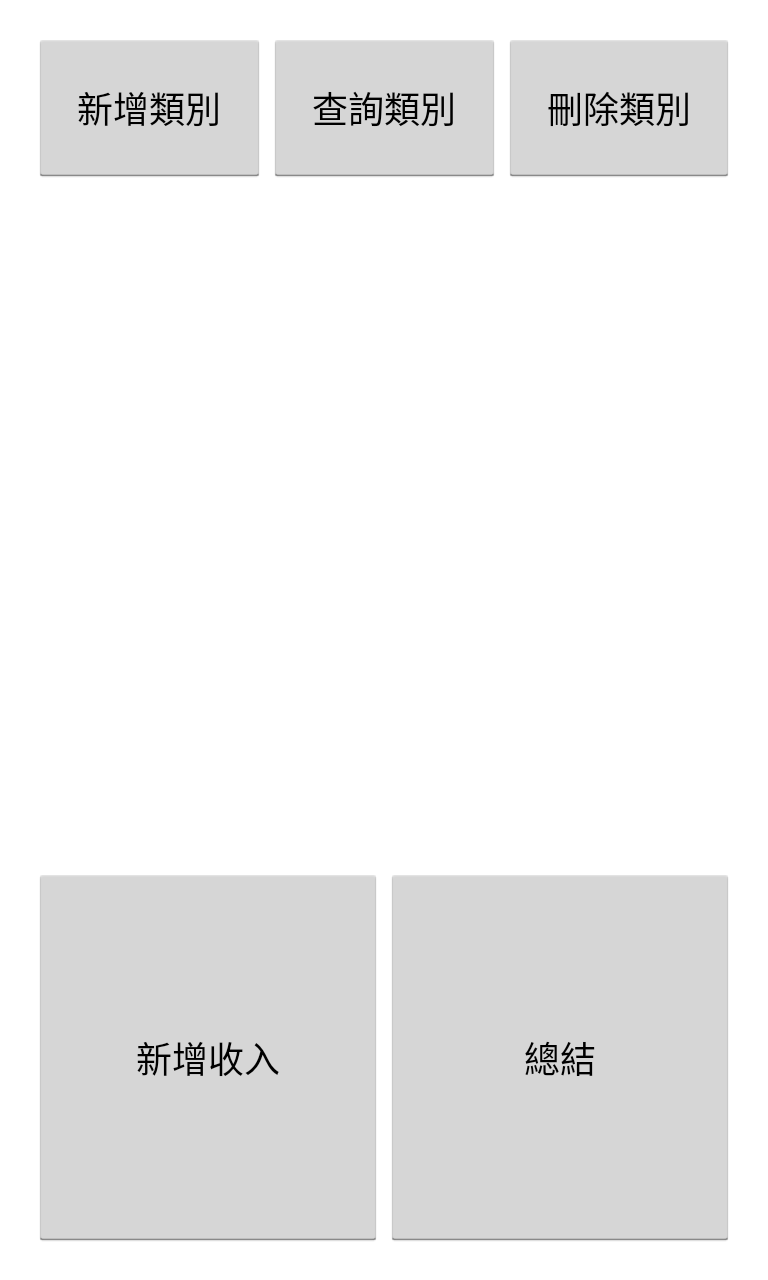
Repository: rayyrayy/Android-app-project
Layout: flashaccounting/easy money manager/res/layout/activity_main.xml
These files come from the project's save history. The layout is drawn as it stood at one moment and after the next save; the edit follows.
It is drawn on a 768 x 1280 px phone screen (xhdpi) without system bars, with theme AppTheme; the app's code is not run.

Above is the layout before, as saved 2014-11-03 03:31:54.

After the next save:
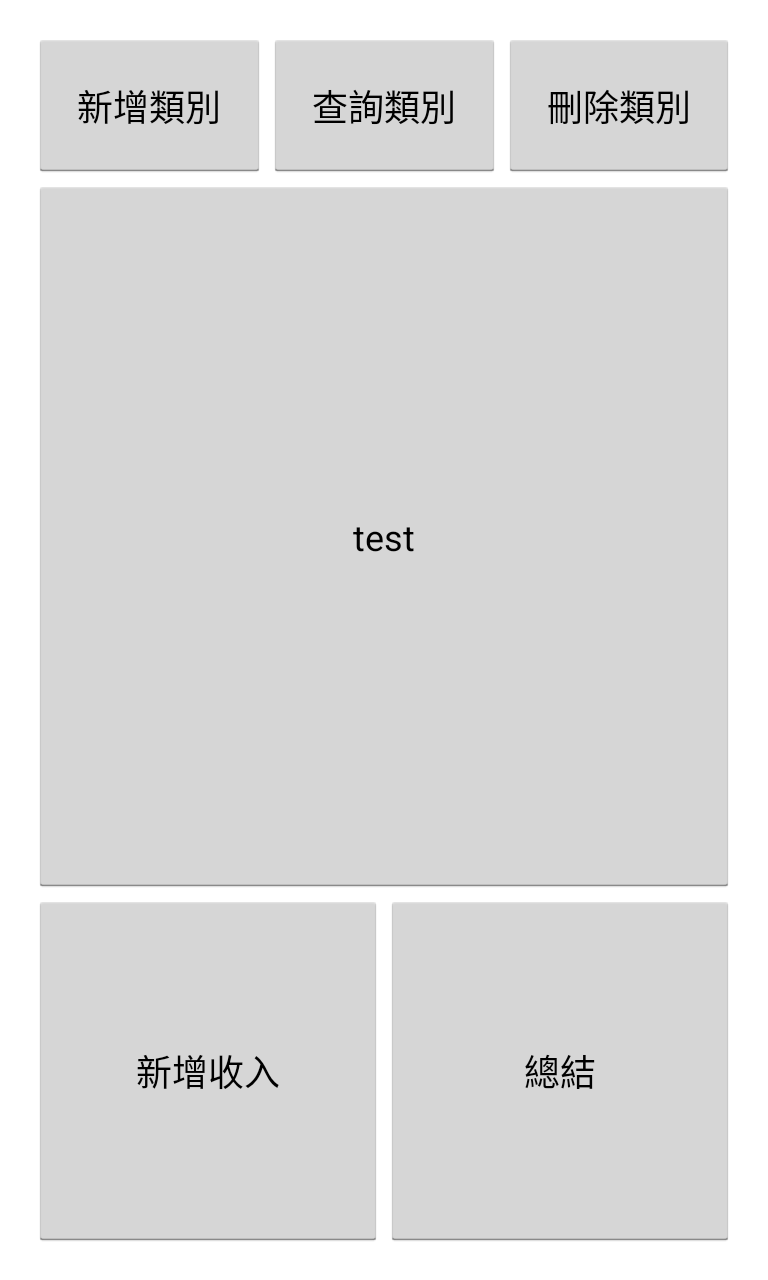
Saved 24 s later.
--- a/flashaccounting/easy money manager/res/layout/activity_main.xml
+++ b/flashaccounting/easy money manager/res/layout/activity_main.xml
@@ -69,26 +69,26 @@
     android:layout_width="fill_parent"
     android:layout_height="wrap_content"
    	android:layout_weight="12"
-   	android:orientation="vertical">
+   	android:orientation="horizontal">
 
-    	<LinearLayout
-    	android:layout_width="fill_parent"
-    	android:layout_height="wrap_content"
-   		android:layout_weight="1"
-   		android:orientation="horizontal">
-    	</LinearLayout>
-    	<LinearLayout
-    	android:layout_width="fill_parent"
-    	android:layout_height="wrap_content"
-   		android:layout_weight="1"
-   		android:orientation="horizontal">
-   	    </LinearLayout>
-   		<LinearLayout
-  		android:layout_width="fill_parent"
-  		android:layout_height="wrap_content"
-  	 	android:layout_weight="1"
-   		android:orientation="horizontal">
-	    </LinearLayout>
+	    <GridLayout
+  	      android:id="@+id/gridLayout1"
+	      android:layout_width="fill_parent"
+ 	      android:layout_height="fill_parent"
+ 	      android:columnCount="3"
+  	      android:orientation="horizontal"
+  	      android:stretchMode="spacingWidthUniform"
+  	      android:rowCount="3"
+  	      android:layout_gravity="fill">
+
+	        <Button
+        	android:id="@+id/test"
+        	android:layout_width="match_parent"
+        	android:layout_height="match_parent"
+        	android:layout_gravity="fill_vertical"
+        	android:text="test" />
+
+ 	   </GridLayout>
 
     </LinearLayout>
 
